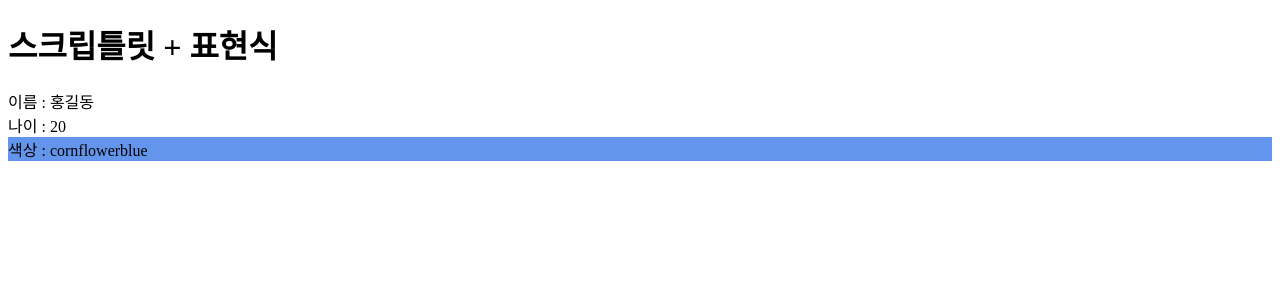
Repository: camicomi/Study_Server
Page: http://localhost/JSPTest/ex06_script.jsp
The author's editor kept a copy of each file at every save. The page is drawn from the files as they stood at one save, then again after the next save.
The browser window is 1280 px wide. The pictures show the whole page.
The page is served by Tomcat 9.

Above is the page before, as saved 2024-04-01 06:46:13.

After the next save:
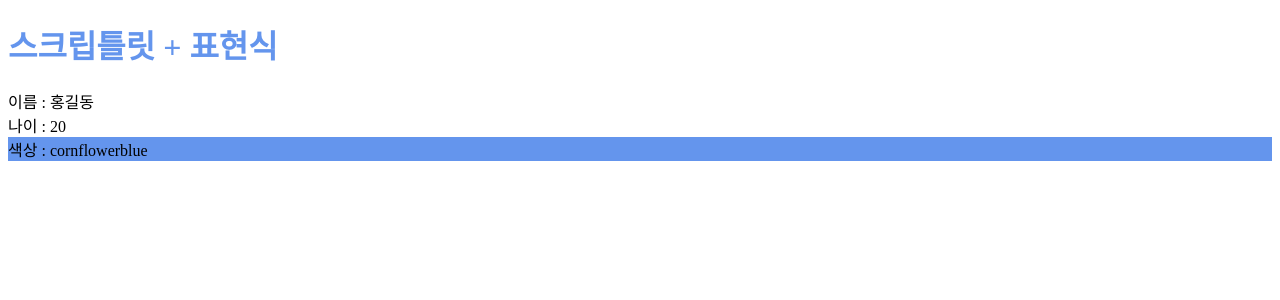
Saved 57 s later.
--- a/JSPTest/src/main/webapp/ex06_script.jsp
+++ b/JSPTest/src/main/webapp/ex06_script.jsp
@@ -19,6 +19,14 @@
 <head>
 <meta charset="UTF-8">
 <title>Insert title here</title>
+<style>
+
+	h1 {
+
+	color : <%= color %>;
+	}
+
+</style>
 </head>
 <body>
 	<!--  ex06_script.jsp -->
